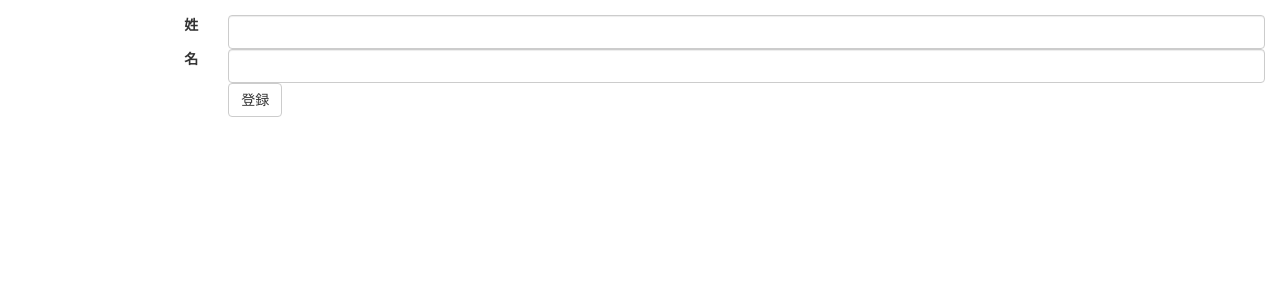
Repository: erinakatagiri/gomi
Page: bootstrap_lesson.html
The author's editor kept a record of every edit. The page is drawn from the files as they stood at one moment, then again after the next edit.
The browser window is 1280 px wide. The pictures show the whole page.

Above is the page before.

### bootstrap_lesson.html
<!DOCTYPE html>
<html>
    <head>
        <meta charset="utf-8">
        <meta http-equiv="X-UA-Compatible" content="IE=edge">
        <meta name="viewport" content="width=device-width, initial-scale=1">

        <title>Grid System Test</title>

        <!-- Bootstrap CSS-->
        <link rel="stylesheet" href="https://maxcdn.bootstrapcdn.com/bootstrap/3.3.7/css/bootstrap.min.css">
        <!-- jQuery -->
        <script src="https://ajax.googleapis.com/ajax/libs/jquery/1.12.4/jquery.min.js"></script>
        <!-- Bootstrap JavaScript-->
        <script src="https://maxcdn.bootstrapcdn.com/bootstrap/3.3.7/js/bootstrap.min.js"></script>

        <style>
            .row div {
                border: 1px solid #000;
                padding: 1em;
                text-align: center;
                background-color: #dedede;
            }

        </style>

    </head>
    <body>
       <form class=horizontal>
  <!-- "form-group" expresses a row -->
  <div class="form-group">
    <label class="col-xs-2 control-label text-right">姓</label>
    <div class="col-xs-10">
      <input type="text" class="form-control"  name="lastname">
    </div>
  </div>

  <!-- row -->
  <div class="form-group">
    <label class="col-xs-2 control-label text-right">名</label>
    <div class="col-xs-10">
      <input type="text" class="form-control"  name="
      firstname">
    </div>
  </div>

  <!-- row -->
  <div class="form-group">
    <div class="col-xs-offset-2 col-sm-10">
      <button type="submit" class="btn btn-default">登録</button>
    </div>
  </div>
</form>
    </div>
        </div>
    </body>
</html>

After the next edit:
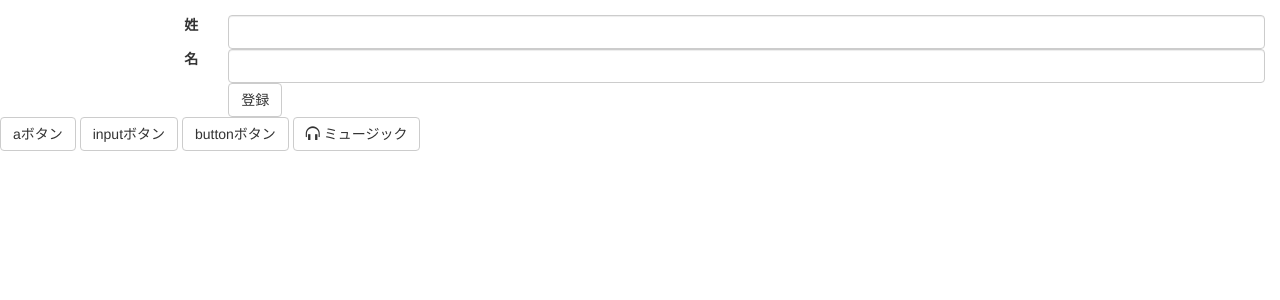
The edit:
--- a/bootstrap_lesson.html
+++ b/bootstrap_lesson.html
@@ -50,6 +50,14 @@
       <button type="submit" class="btn btn-default">登録</button>
     </div>
   </div>
+  <a href="#" class="btn btn-default">aボタン</a>
+<input type="submit" class="btn btn-default" value="inputボタン">
+<button class="btn btn-default" type="submit">buttonボタン</button>
+
+<button type="button" class="btn btn-default">
+  <span class="glyphicon glyphicon-headphones"></span>
+  ミュージック
+</button>
 </form>
     </div>
         </div>
